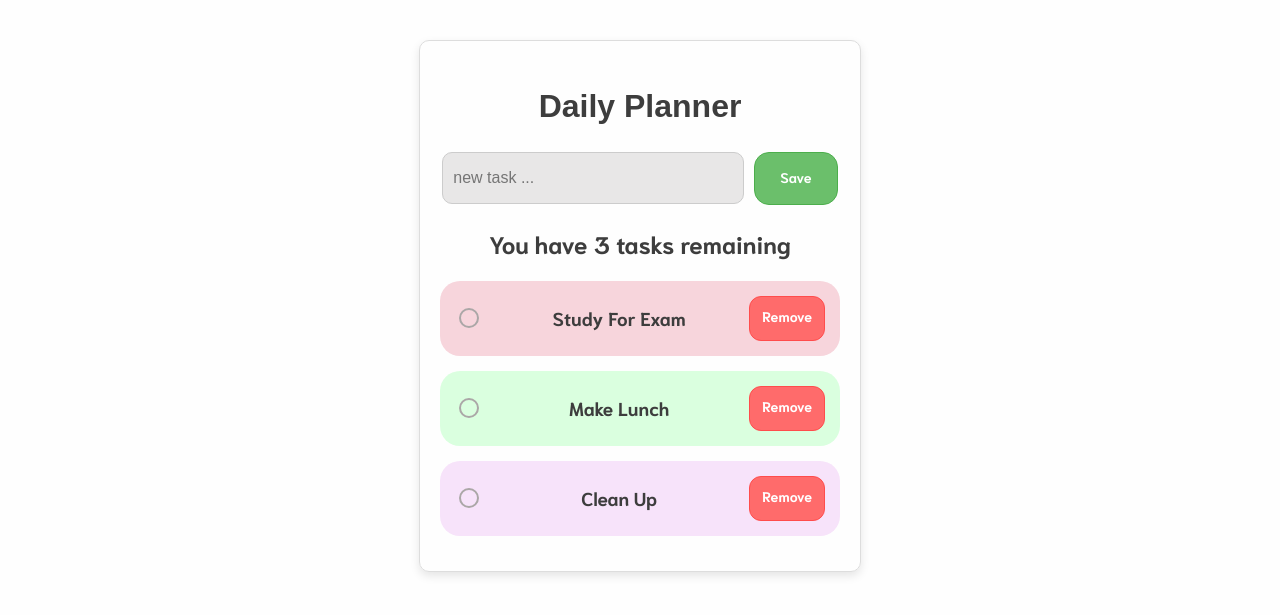
Repository: Zalida-Khan/Frontend-Lab4
Page: /
An editor plug-in stored every save of this project. The page is shown before and after a run of saves, followed by the edit.
The browser window is 1280 px wide. The pictures show the whole page.
Some web fonts or font styles are not loaded; a fallback is used. The project was rebuilt for these pictures with package versions that can differ from the ones it lists, and the page was loaded fresh each time. Also part of the build but not shown: vite.config.js.

Above is the page before, as saved 2024-10-22 22:04:16.

After the next 3 saves:
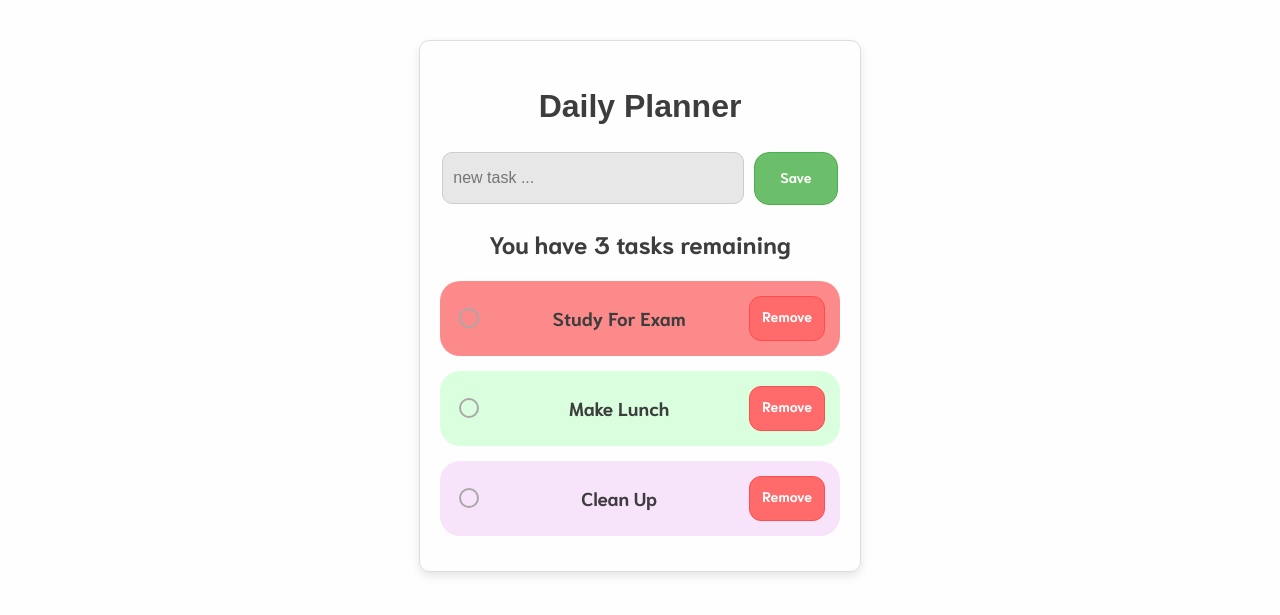
The 3 saves are shown as one change because they came seconds apart.
The last was saved 33 s later.
--- a/src/App.css
+++ b/src/App.css
@@ -52,7 +52,7 @@
 }
 
 .task:nth-child(6n+1) {
-  background-color: #f7d5dc;
+  background-color: #fd8a8a;
 }
 
 .task:nth-child(6n+2) {

After the 2 saves that followed:
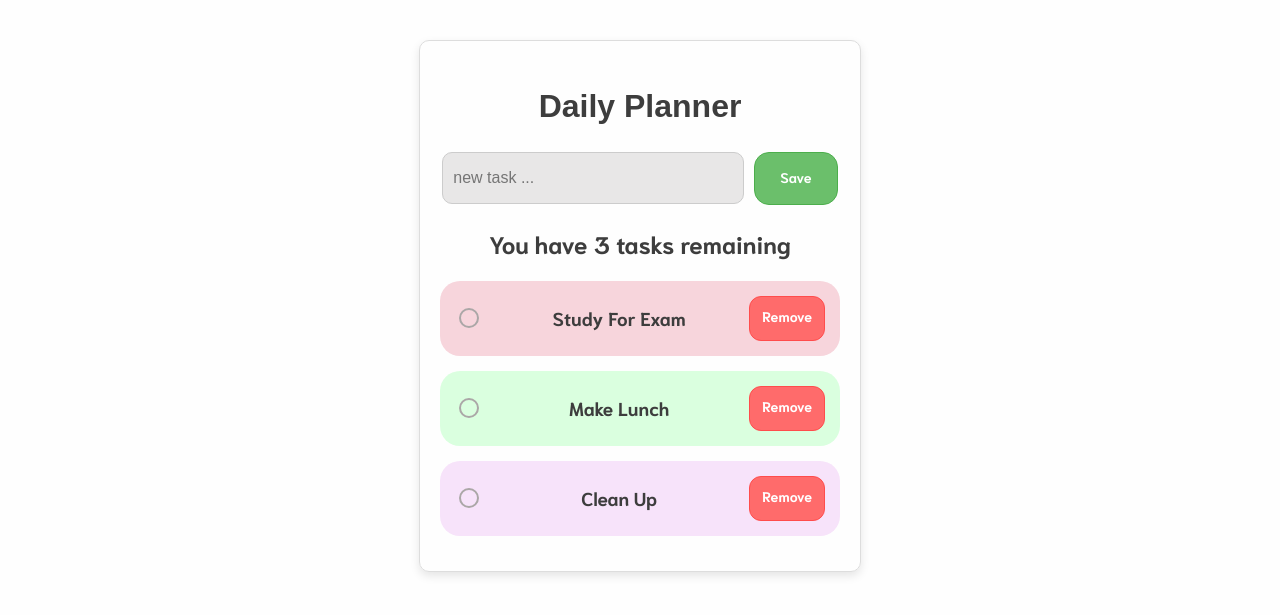
The 2 saves are shown as one change because they came seconds apart.
The last was saved 9 s later.
--- a/src/App.css
+++ b/src/App.css
@@ -52,7 +52,7 @@
 }
 
 .task:nth-child(6n+1) {
-  background-color: #fd8a8a;
+  background-color: #f7d5dc;
 }
 
 .task:nth-child(6n+2) {
